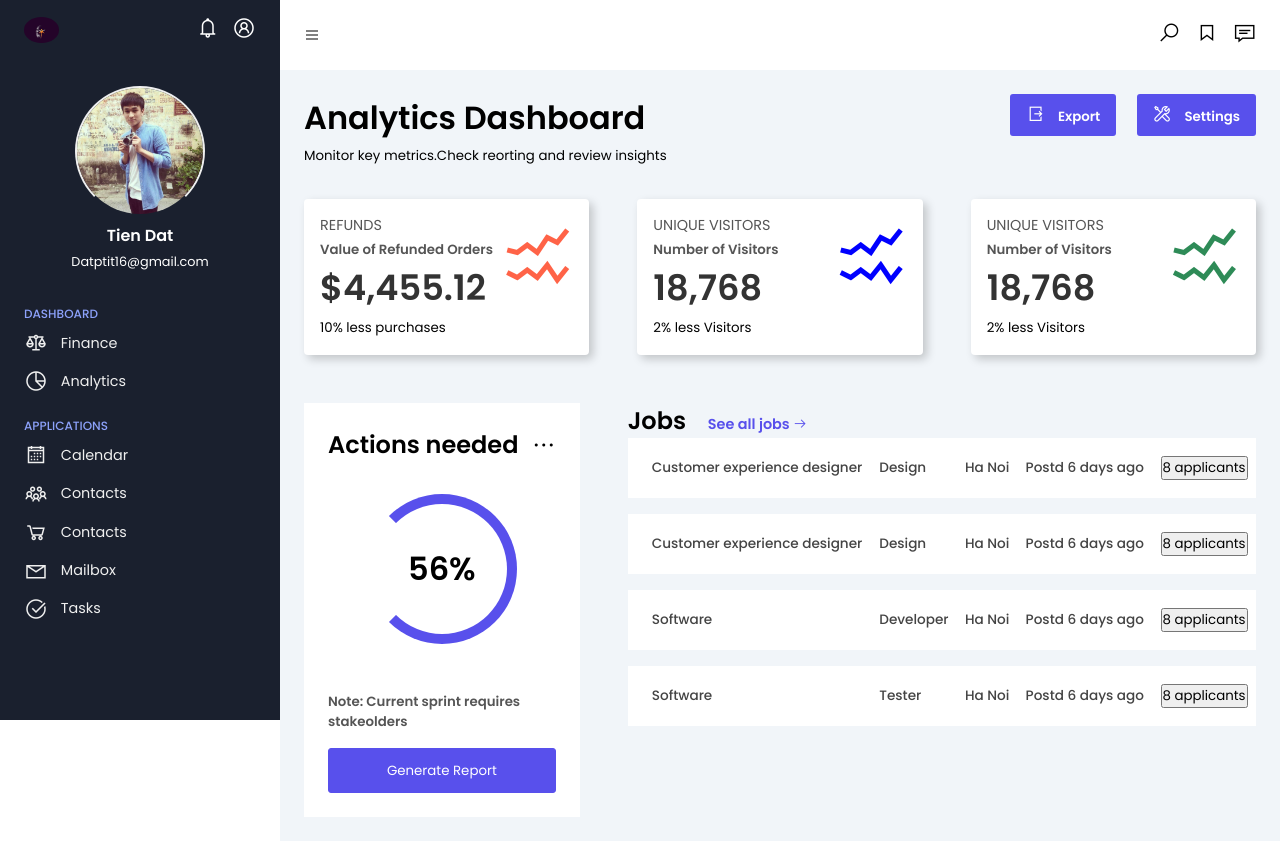
Repository: Datt21/dashboard-fe-project
Page: index.html
An editor plug-in stored every save of this project. The page is shown before and after the next save, followed by the edit.
The browser window is 1280 px wide. The pictures show the whole page.

Above is the page before, as saved 2021-06-08 20:09:05.

After the next save:
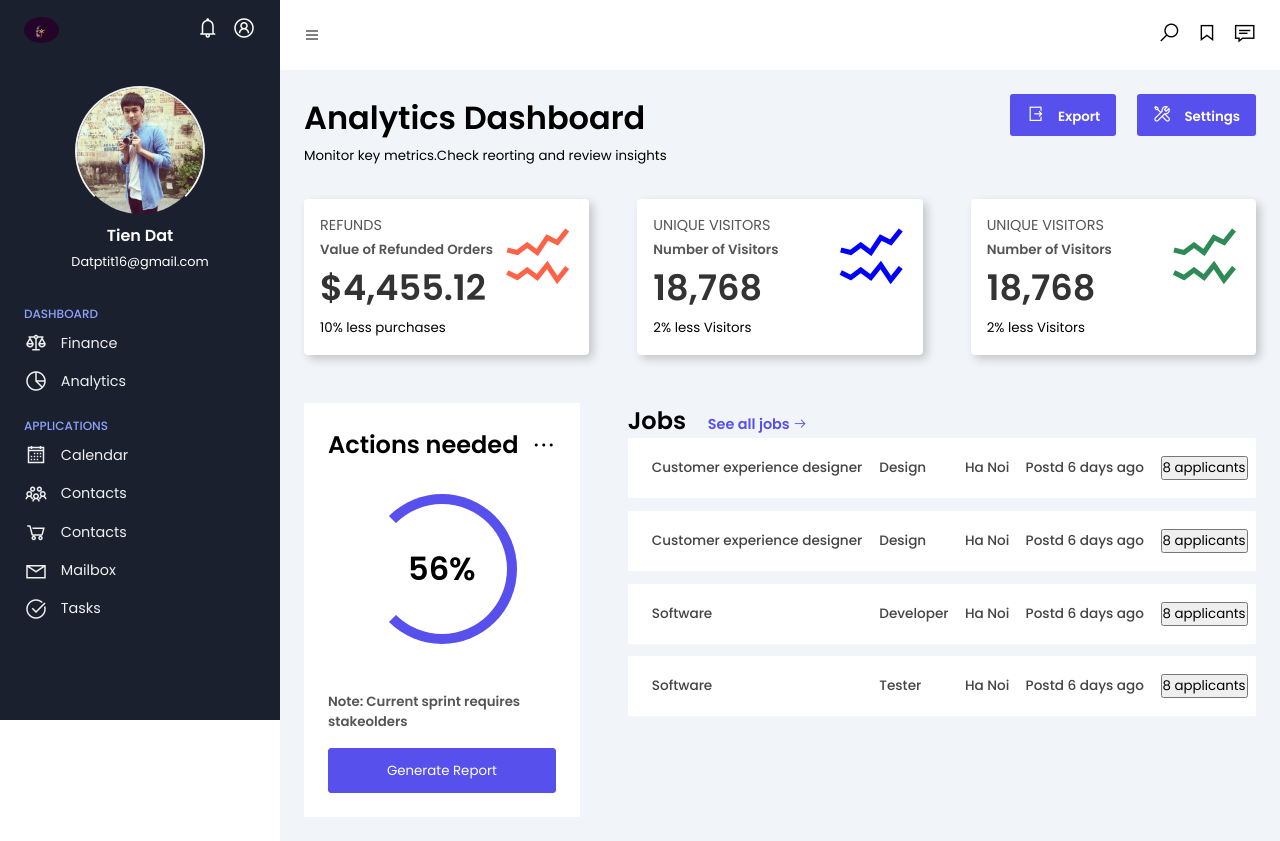
Saved 56 s later.
--- a/assets/css/style.css
+++ b/assets/css/style.css
@@ -279,8 +279,10 @@ main {
     border-collapse: collapse;
 }
 
+
+
 .jobs table td div{
-    margin-bottom: 1rem;
+    margin-bottom: .8rem;
     background: #fff;
     height: 60px;
     display: flex;
